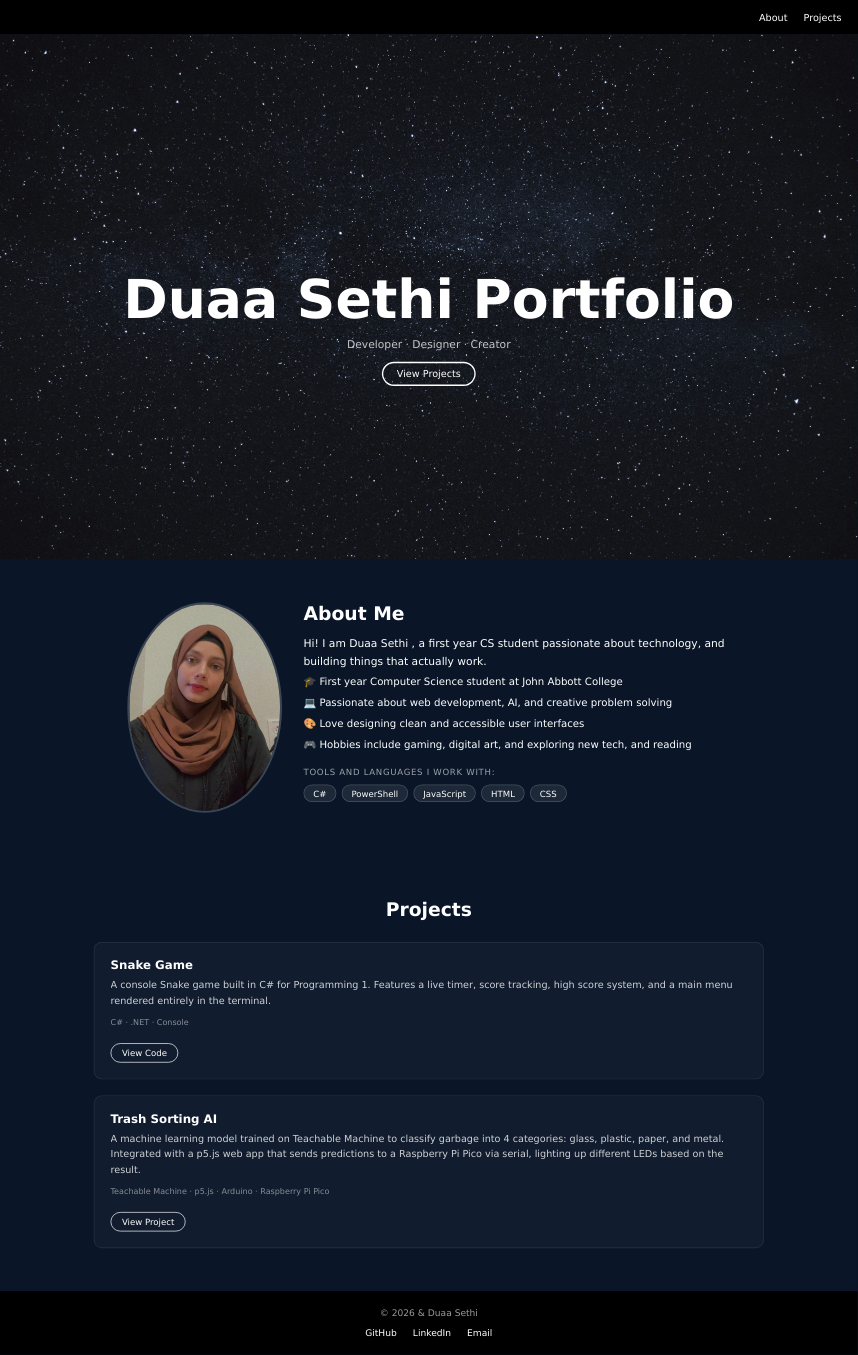
Repository: Duaa-Sethi/Duaa-Sethi
Page: index.html
These files come from the project's save history. The page is drawn as it stood at one moment and after the next save; the edit follows.
The browser window is 1280 px wide. The pictures show the whole page, at 67% of full size.
Some web fonts or font styles are not loaded; a fallback is used.

Above is the page before, as saved 2026-05-04 17:12:08.

After the next save:
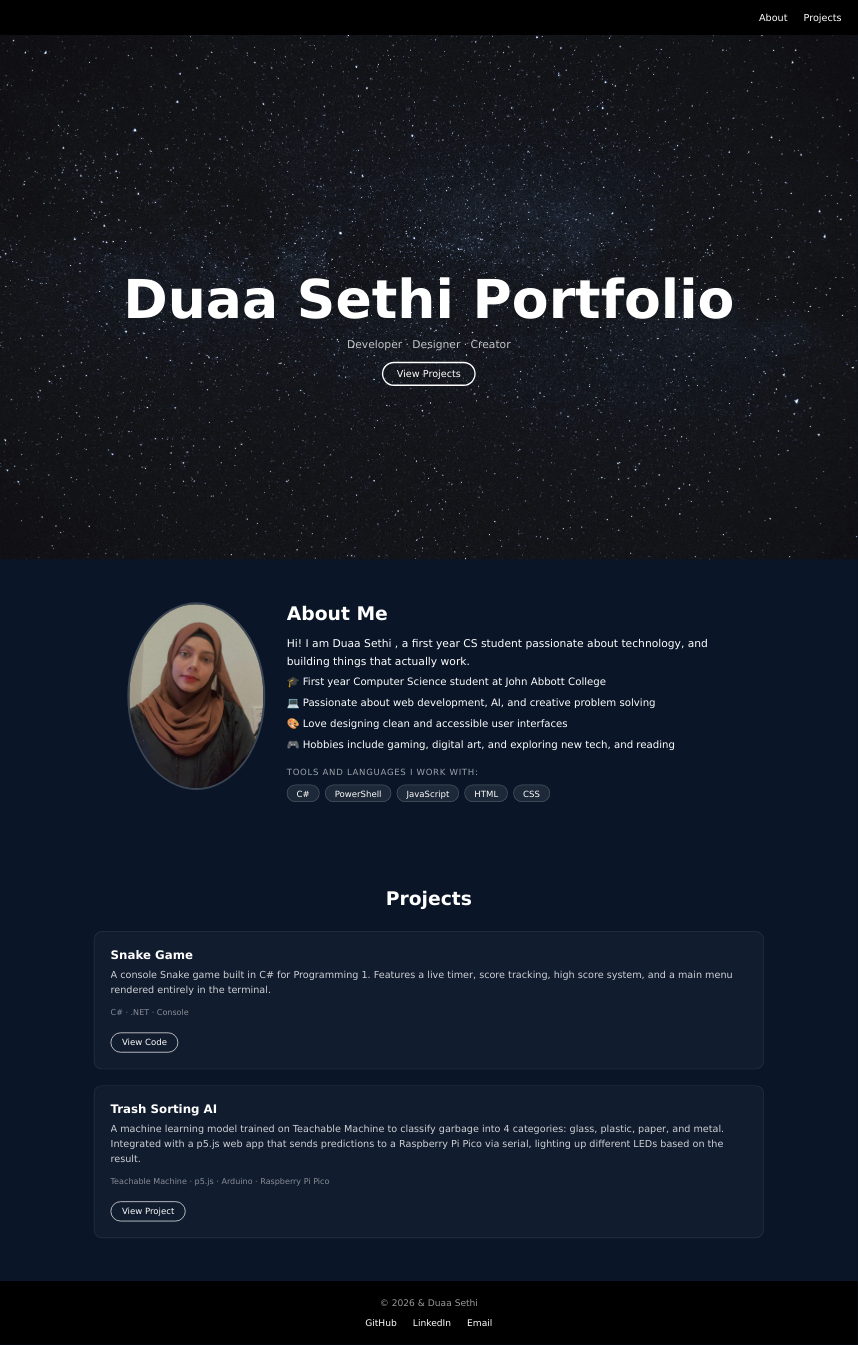
Saved 3 min 34 s later.
--- a/styles/index.css
+++ b/styles/index.css
@@ -71,11 +71,9 @@ nav ul li a {
 }
 
 .about img {
-  max-width: 25%;
+  width: 40%;
+  max-width: 200px;
   border-radius: 50%;
-  overflow: hidden;
-  display: inline-block;
-  vertical-align: middle;
   border: 3px solid rgba(255, 255, 255, 0.2);
 }
 
